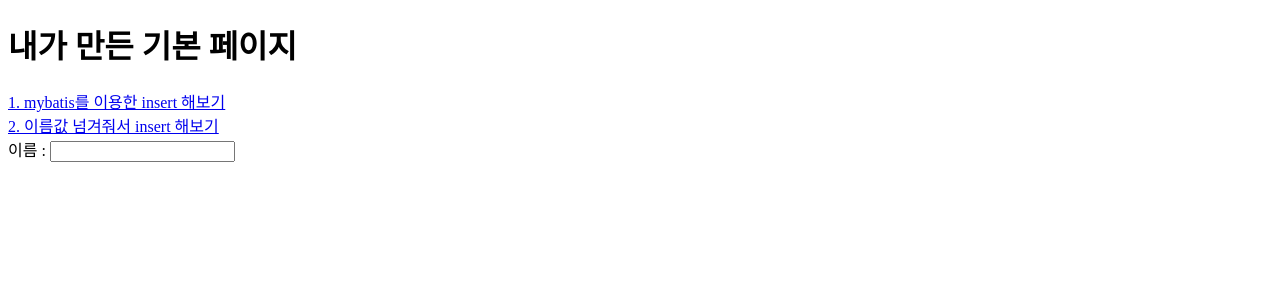
Repository: coconut510/mybatis
Page: mybatis_01/WebContent/index.html
These files come from the project's save history. The page is drawn as it stood at one moment and after the next save; the edit follows.
The browser window is 1280 px wide. The pictures show the whole page.

Above is the page before, as saved 2018-06-26 07:36:22.

### mybatis_01/WebContent/index.html
<!DOCTYPE html>
<html>
<head>
<meta charset="UTF-8">
<title>Insert title here</title>
</head>
<body>
	<h1>내가 만든 기본 페이지</h1>
	<a href="/mybatisTest1">1. mybatis를 이용한 insert 해보기</a><br>
	<a href="/mybatisTest2">2. 이름값 넘겨줘서 insert 해보기</a><br>
	<form>
		이름 : <input type="text" name="studentName"/>
	</form>
</body>
</html>

After the next save:
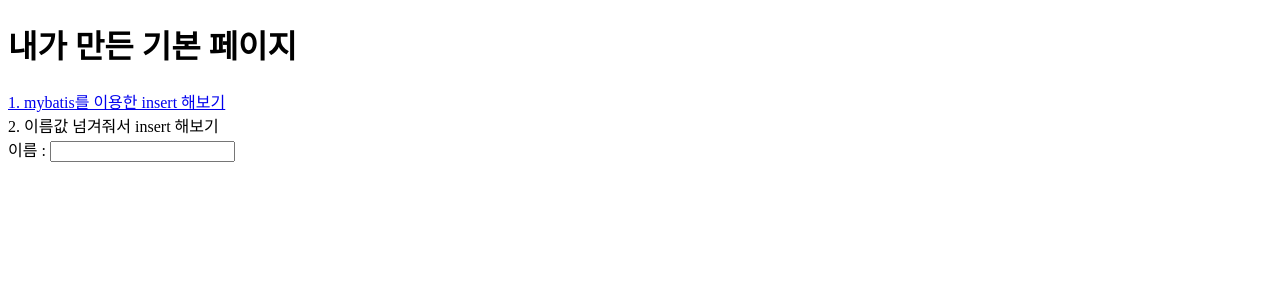
Saved 8 s later.
--- a/mybatis_01/WebContent/index.html
+++ b/mybatis_01/WebContent/index.html
@@ -7,7 +7,7 @@
 <body>
 	<h1>내가 만든 기본 페이지</h1>
 	<a href="/mybatisTest1">1. mybatis를 이용한 insert 해보기</a><br>
-	<a href="/mybatisTest2">2. 이름값 넘겨줘서 insert 해보기</a><br>
+	2. 이름값 넘겨줘서 insert 해보기</a><br>
 	<form>
 		이름 : <input type="text" name="studentName"/>
 	</form>
